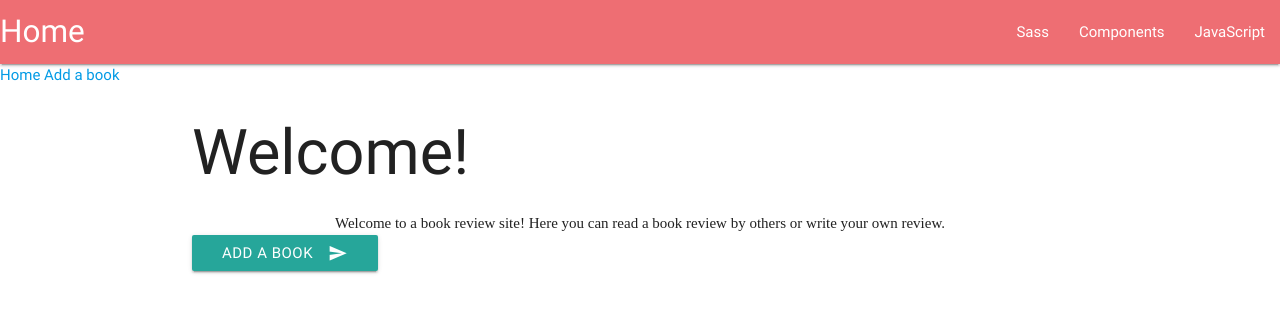
Repository: h8130084/bookReview
Page: http://localhost/
The author's editor kept a record of every edit. The page is drawn from the files as they stood at one moment, then again after the next edit.
The browser window is 1280 px wide. The pictures show the whole page.
Some web libraries are served in a nearby version. The page is served by the project's application, run on Flask 3 (app.py). Queries for data that is not in the repository find no rows.

Above is the page before.
Console error: ReferenceError: M is not defined

After the next edit:
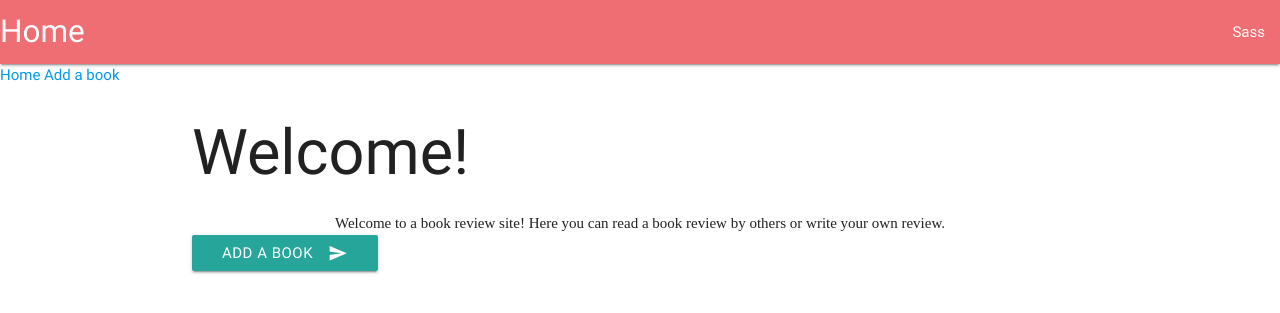
The edit:
--- a/templates/base.html
+++ b/templates/base.html
@@ -21,9 +21,7 @@
     <div class="nav-wrapper">
       <a href="{{url_for('get_books')}}" class="brand-logo">Home</a>
       <ul id="nav-mobile" class="right hide-on-med-and-down">
-        <li><a href="sass.html">Sass</a></li>
-        <li><a href="badges.html">Components</a></li>
-        <li><a href="collapsible.html">JavaScript</a></li>
+        <li><a href="{{url_for('add_book')}}">Sass</a></li>
       </ul>
     </div>
   </nav>
